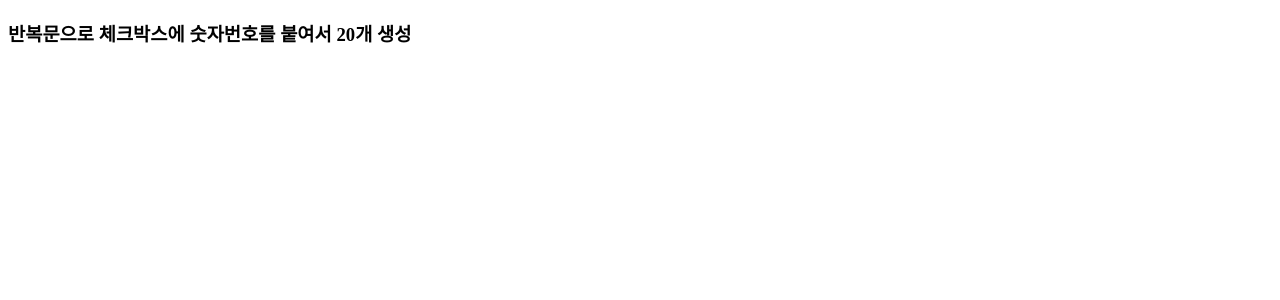
Repository: YeonHaw/jsp
Page: http://localhost/JSPBasic/JSpTag/script02.jsp
An editor plug-in stored every save of this project. The page is shown before and after the next save, followed by the edit.
The browser window is 1280 px wide. The pictures show the whole page.
The page is served by Tomcat 9. Nobody is signed in. The application's start-up code is not run. Other server files are loaded and not shown.

Above is the page before, as saved 2023-12-27 07:37:00.

### JSPBasic/src/main/webapp/JSpTag/script02.jsp
<%@ page language="java" contentType="text/html; charset=UTF-8"
    pageEncoding="UTF-8"%>
<!DOCTYPE html>
<html>
<head>
<meta charset="UTF-8">
<title>Insert title here</title>
</head>
<body>
<%-- <%
	int age=10;
	String name = "홍길동";

%>

<%
	out.println(age + "세 입니다");
%>

<%=name %> 님의 나이는 <%=age %>세 입니다

<hr> --%>
<h3>반복문으로 체크박스에 숫자번호를 붙여서 20개 생성</h3>



<!-- <hr>
<h3>구구단 3단을 표현식을 이용해서 출력</h3>
<hr>
<h3>1~81까지 숫자를 테이블에 표현 (중첩반복)</h3> -->

</body>
</html>

After the next save:
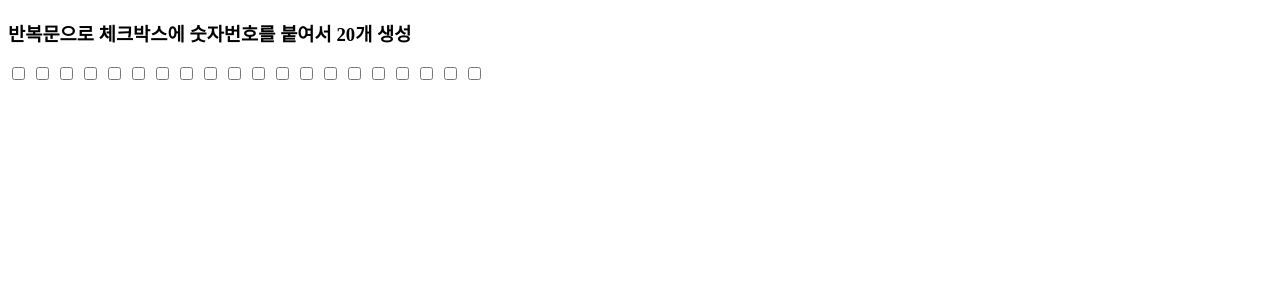
Saved 3 min 10 s later.
--- a/JSPBasic/src/main/webapp/JSpTag/script02.jsp
+++ b/JSPBasic/src/main/webapp/JSpTag/script02.jsp
@@ -22,6 +22,10 @@
 <hr> --%>
 <h3>반복문으로 체크박스에 숫자번호를 붙여서 20개 생성</h3>
 
+<% for(int i =1; i<=20; i++){
+	out.println("<input type='checkbox' name='ex' >");
+}
+%>
 
 
 <!-- <hr>
